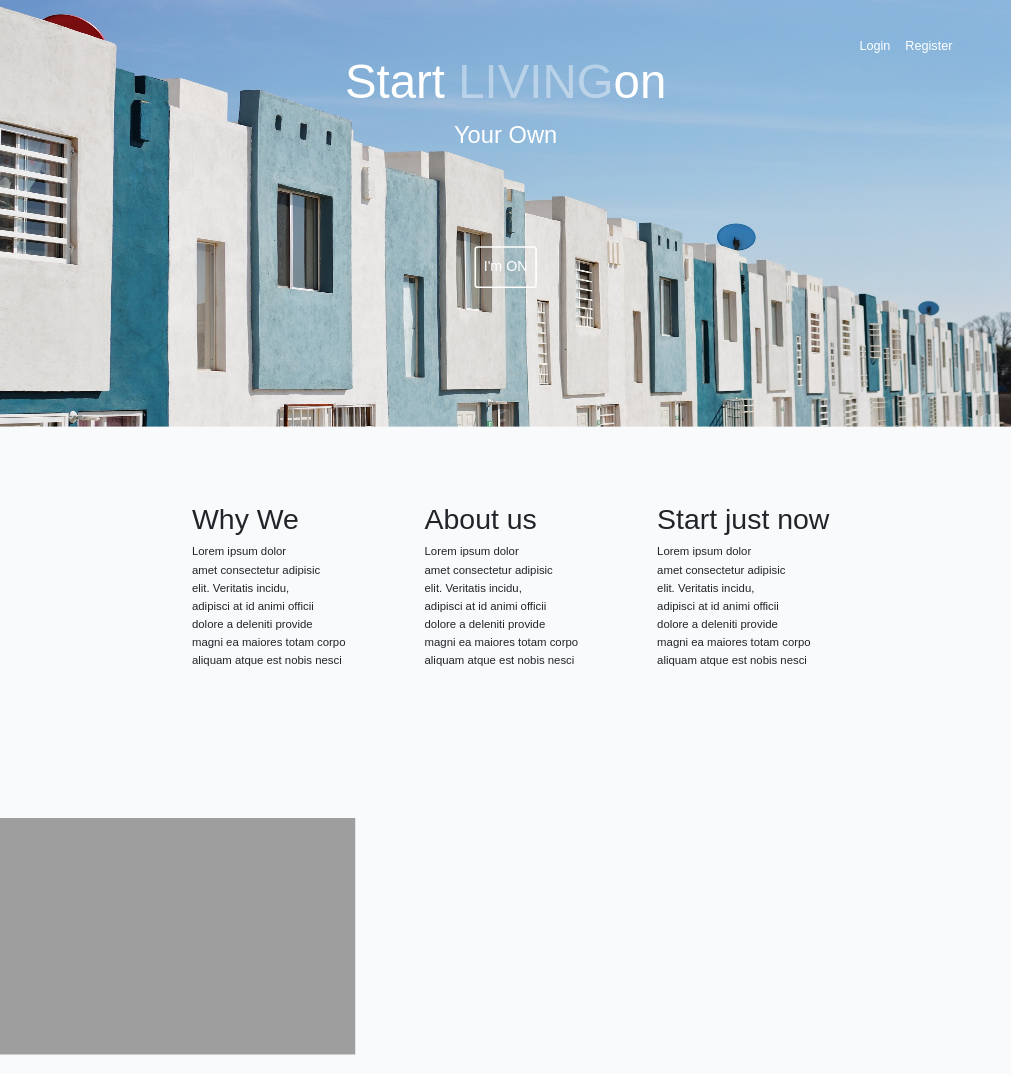
Repository: PatryxB/buildHouse
Page: http://localhost/
An editor plug-in stored every save of this project. The page is shown before and after the next save, followed by the edit.
The browser window is 1280 px wide. The pictures show the whole page, at 79% of full size.
Pictures or frames that could not be fetched are drawn as grey boxes. Some web fonts or font styles are not loaded; a fallback is used. The page is served by the project's Laravel application, run on PHP 8.4 with Laravel 8. Other server files are loaded and not shown. Style sheets and scripts are compiled from the project's sources, by tool versions that may differ from the author's.

Above is the page before, as saved 2020-05-13 09:45:00.

### resources/views/welcome.blade.php
<!DOCTYPE html>
<html lang="{{ str_replace('_', '-', app()->getLocale()) }}">
    <head>
        <meta charset="utf-8">
        <meta name="viewport" content="width=device-width, initial-scale=1">

        <title>Laravel</title>

        <!-- Fonts -->
        <link href="https://fonts.googleapis.com/css?family=Nunito:200,600" rel="stylesheet">
        <link rel="stylesheet" href="/css/app.css">

    </head>
    <body>

        <section id="welcome">
            <div class="banner">
                <img src="{{asset('/img/housebanner.jpg')}}" alt="">
                <div class="text-banner">
                    <h1 style="font-size:60px">Start <span style="opacity: .4;">LIVING</span>on</h1>
                    <p style="font-size:30px">Your Own</p>
                    <button class="btn">I'm ON</button>
                </div>
            </div>
        </section>

        @extends('layouts.app')
        @section('content')

            <div class="container">
                <div class="info">
                    <h1>Why We</h1>
                    <p>Lorem ipsum dolor  <br>
                    amet consectetur adipisic<br>
                    elit. Veritatis incidu, <br>
                    adipisci at id animi officii<br>
                    dolore a deleniti provide <br>
                    magni ea maiores totam corpo <br>
                    aliquam atque est nobis nesci</p>
                </div>
                <div class="info">
                    <h1>About us</h1>
                    <p>Lorem ipsum dolor  <br>
                        amet consectetur adipisic<br>
                        elit. Veritatis incidu, <br>
                        adipisci at id animi officii<br>
                        dolore a deleniti provide <br>
                        magni ea maiores totam corpo <br>
                        aliquam atque est nobis nesci</p>
                </div>
                <div class="info">
                    <h1>Start just now</h1>
                    <p>Lorem ipsum dolor  <br>
                        amet consectetur adipisic<br>
                        elit. Veritatis incidu, <br>
                        adipisci at id animi officii<br>
                        dolore a deleniti provide <br>
                        magni ea maiores totam corpo <br>
                        aliquam atque est nobis nesci</p>
                </div>
            </div>
            <br style="clear: both;">

            <div class="info-project" style="margin-top:170px;">
                <div class="project">
                    <img src="https://www.kbprojekt.pl/img/projects//1959/15403720403b1acc618b15cacde0c6438489378a5377e65b11.jpg" alt="">
                </div>
            </div>

        @endsection
    </body>
</html>

### resources/views/layouts/app.blade.php
<!doctype html>
<html lang="{{ str_replace('_', '-', app()->getLocale()) }}">
<head>
    <meta charset="utf-8">
    <meta name="viewport" content="width=device-width, initial-scale=1">

    <!-- CSRF Token -->
    <meta name="csrf-token" content="{{ csrf_token() }}">

    <title>{{ config('app.name', 'Laravel') }}</title>

    <!-- Scripts -->
    <script src="{{ asset('js/app.js') }}" defer></script>

    <!-- Fonts -->
    <link rel="dns-prefetch" href="//fonts.gstatic.com">
    <link href="https://fonts.googleapis.com/css?family=Nunito" rel="stylesheet">

    <!-- Styles -->
    <link href="{{ asset('css/app.css') }}" rel="stylesheet">
</head>
<body>
    <div id="app">
        <nav>
            @if (Route::has('login'))
                <div class="top-right links">
                    @auth
                        <a href="{{ url('/home') }}">Home</a>
                    @else
                        <a href="{{ route('login') }}">Login</a>

                        @if (Route::has('register'))
                            <a href="{{ route('register') }}">Register</a>
                        @endif
                    @endauth
                </div>
            @endif

        </nav>
        <main class="py-4">
            @yield('content')
        </main>
    </div>
</body>
</html>

### resources/sass/app.scss
// Fonts
@import url('https://fonts.googleapis.com/css?family=Nunito');
@import url('https://fonts.googleapis.com/css2?family=Varela+Round&display=swap');

// Variables
@import 'variables';

// Bootstrap
@import '~bootstrap/scss/bootstrap';

html, body{
    margin: 0;
    padding: 0;
    box-sizing: border-box;
    font-family: 'Varela Round', sans-serif;
}

.banner img{
    width: 100%;
    height: 75vh;
    background-repeat: no-repeat;
    position: relative;
}
nav{
    position: absolute;
    top: 8%;
    left: 89%;
    transform: translate(-50%, -50%);
}
nav a {
    color: white;
    font-size: 16px;
    margin-left: 15px;
}
.text-banner{
    color: white;
    position: absolute;
    top: 30%;
    left: 50%;
    transform: translate(-50%, -50%);
    text-align: center;
}
.btn{
    border: solid 2px white;
    background-color: transparent;
    color: white;
    margin-top: 100px;
    font-size: 18px;
    padding: 10px;
}
.btn:hover{
    background-color: white;
    color:rgba(92, 217, 255, 0.4);
}
.container{
    width: 80%;
    margin: 0 auto;
}
.info{
    float:left;
    margin-left: 100px;
    margin-top: 10vh;
}
.project img{
    width: 450px;
    height: 300px;
}

Loaded but not shown: routes/web.php (common file); app/Http/Controllers/Auth/LoginController.php (common file); app/Http/Controllers/Controller.php (common file); app/Http/Controllers/Auth/ConfirmPasswordController.php (common file); resources/sass/_variables.scss (common file)

After the next save:
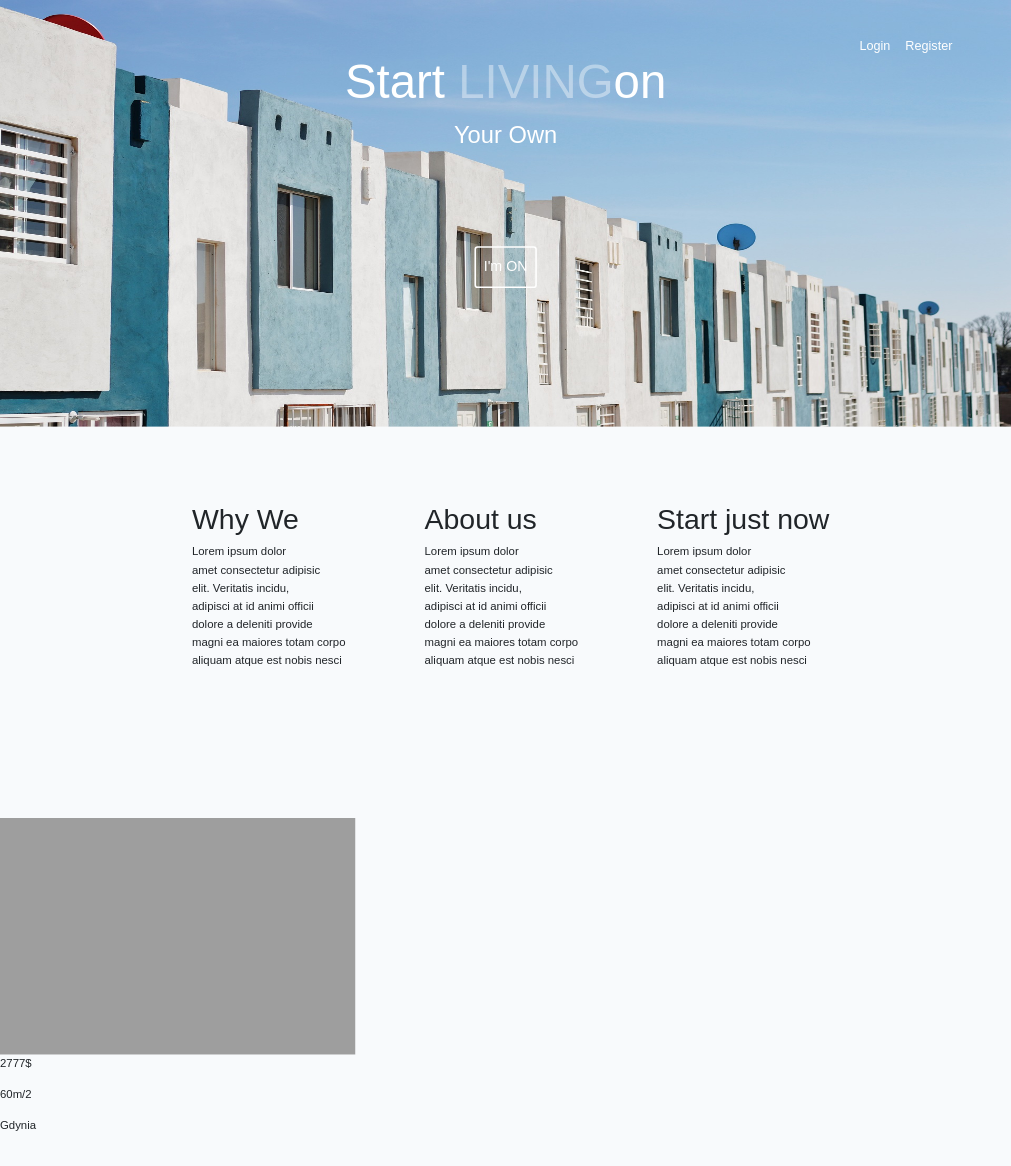
Saved 58 s later.
--- a/resources/views/welcome.blade.php
+++ b/resources/views/welcome.blade.php
@@ -64,6 +64,9 @@
             <div class="info-project" style="margin-top:170px;">
                 <div class="project">
                     <img src="https://www.kbprojekt.pl/img/projects//1959/15403720403b1acc618b15cacde0c6438489378a5377e65b11.jpg" alt="">
+                    <p>2777$</p>
+                    <p>60m/2</p>
+                    <p>Gdynia</p>
                 </div>
             </div>
 
